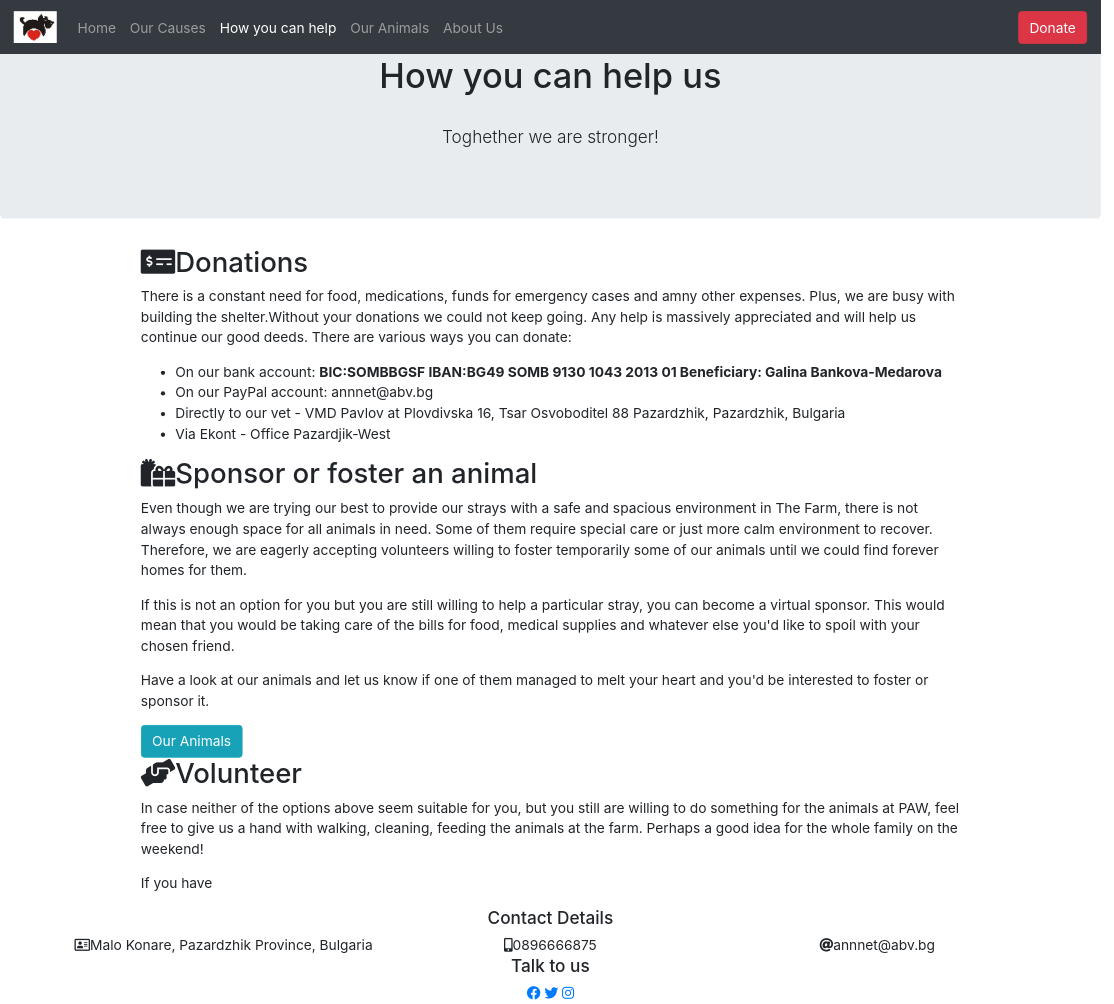
Repository: Naity17/PAW-first-website
Page: How-you-can-help.html
The author's editor kept a record of every edit. The page is drawn from the files as they stood at one moment, then again after the next edit.
The browser window is 1280 px wide. The page is 1295 px wide, so the pictures cover 1295 px, including what lies to the right of the window. The pictures show the whole page, at 86% of full size.
Some web libraries are served in a nearby version.

Above is the page before.
Console error: TypeError: Cannot read properties of undefined (reading 'fn')

### How-you-can-help.html
<!DOCTYPE html>
<html lang="en">

<head>
    <meta charset="UTF-8">
    <meta name="viewport" content="width=device-width, initial-scale=1.0">
    <meta http-equiv="X-UA-Compatible" content="ie=edge">
    <link rel="stylesheet" href="https://stackpath.bootstrapcdn.com/bootstrap/4.3.1/css/bootstrap.min.css" integrity="sha384-ggOyR0iXCbMQv3Xipma34MD+dH/1fQ784/j6cY/iJTQUOhcWr7x9JvoRxT2MZw1T" crossorigin="anonymous">
    <link rel="stylesheet" href="https://use.fontawesome.com/releases/v5.9.0/css/all.css" integrity="sha384-i1LQnF23gykqWXg6jxC2ZbCbUMxyw5gLZY6UiUS98LYV5unm8GWmfkIS6jqJfb4E" crossorigin="anonymous">
    <script src="https://stackpath.bootstrapcdn.com/bootstrap/4.3.1/js/bootstrap.min.js" integrity="sha384-JjSmVgyd0p3pXB1rRibZUAYoIIy6OrQ6VrjIEaFf/nJGzIxFDsf4x0xIM+B07jRM" crossorigin="anonymous"></script>
    <link rel="stylesheet" href="assets/css/style.css" type="text/css" />
    <title>PAW - Pazardjik Animal Welfare</title>
</head>

<body>
    <header>
        <!-- ---------------NavBar-------------- -->
        <nav class="navbar navbar-expand-md navbar-dark fixed-top bg-dark">
            <a class="navbar-brand" href="index.html">
                <img src="assets/images/general/logo.jpg">
            </a>
            <button class="navbar-toggler collapsed" type="button" data-toggle="collapse" data-target="#navbarCollapse" aria-controls="navbarCollapse" aria-expanded="false" aria-label="Toggle navigation">
              <span class="navbar-toggler-icon"></span>
            </button>
            <div class="navbar-collapse collapse" id="navbarCollapse" style="">
                <ul class="navbar-nav mr-auto">
                    <li class="nav-item">
                        <a class="nav-link" href="#">Home</a>
                    </li>
                    <li class="nav-item">
                        <a class="nav-link" href="#">Our Causes</a>
                    </li>
                    <li class="nav-item active">
                        <a class="nav-link" href="#">How you can help<span class="sr-only">(current)</span></a>
                    </li>
                    <li class="nav-item">
                        <a class="nav-link" href="#">Our Animals</a>
                    </li>
                    <li class="nav-item">
                        <a class="nav-link" href="#">About Us</a>
                    </li>
                </ul>
                <button class="btn btn-danger navbar-btn">Donate</button>
            </div>
        </nav>
        <!-- ---------------End of NavBar-------------- -->
    </header>

    <!-- ---------------Jumbotron-------------- -->
    <section id="how-you-can-help">
        <main role="main">
            <section>
                <div class="jumbotron text-center">
                    <div class="contaier-fluid">
                        <h1 class="uppercase">How you can help us</h1>
                        <br>
                        <p class="lead">Toghether we are stronger!</p>
                    </div>
                </div>
            </section>
            <!-- ---------------End of Jumbotron-------------- -->

            <!-- --------------Who are we-------------- -->
            <section id="donations">
                <div class="row">
                    <div class="col"></div>
                    <div class="col-9">
                        <h2><i class="fas fa-money-check-alt"></i>Donations</h2>
                        <p>There is a constant need for food, medications, funds for emergency cases and amny other expenses. Plus, we are busy with building the shelter.Without your donations we could not keep going. Any help is massively appreciated and will help us continue our good deeds. There are various ways you can donate:</p>
                        <ul>
                            <li>On our bank account: <strong>BIC:SOMBBGSF IBAN:BG49 SOMB 9130 1043 2013 01 Beneficiary: Galina Bankova-Medarova</strong></li>
                            <li>On our PayPal account: annnet@abv.bg</li>
                            <li>Directly to our vet - VMD Pavlov at Plovdivska 16, Tsar Osvoboditel 88 Pazardzhik, Pazardzhik, Bulgaria</li>
                            <li>Via Ekont - Office Pazardjik-West</li>
                        </ul>
                    </div>
                    <div class="col"></div>
                </div>
            </section>
            <section id="neuter-cause">
                <div class="row">
                    <div class="col"></div>
                    <div class="col-9">
                        <h2><i class="fas fa-gifts"></i>Sponsor or foster an animal</h2>
                        <p>Even though we are trying our best to provide our strays with a safe and spacious environment in The Farm, there is not always enough space for all animals in need. Some of them require special care or just more calm environment to recover. Therefore, we are eagerly accepting volunteers willing to foster temporarily some of our animals until we could find forever homes for them.</p>
                        <p>If this is not an option for you but you are still willing to help a particular stray, you can become a virtual sponsor. This would mean that you would be taking care of the bills for food, medical supplies and whatever else you'd like to spoil with your chosen friend.</p>
                        <p>Have a look at our animals and let us know if one of them managed to melt your heart and you'd be interested to foster or sponsor it.</p>
                        <a href="Our-Animals.html" class="btn btn-info" role="button">Our Animals</a>
                    </div>
                    <div class="col"></div>
                </div>
            </section>
            <section id="volunteer">
                <div class="row">
                    <div class="col"></div>
                    <div class="col-9">
                        <h2><i class="fas fa-hands-helping"></i>Volunteer</h2>
                        <p>In case neither of the options above seem suitable for you, but you still are willing to do something for the animals at PAW, feel free to give us a hand with walking, cleaning, feeding the animals at the farm. Perhaps a good idea for the whole family on the weekend!</p>

                        <p>If you have </p>
                    </div>
                    <div class="col"></div>
                </div>
            </section>
        </main>
    </section>
    <footer class="container text-center footer-details">
        <div class="row">
            <div class="col-12">
                <h5>Contact Details</h5>
            </div>
        </div>
        <div id="contact-details-items" class="row ">
            <div class="col-4 address-item">
                <i class="far fa-address-card"></i>Malo Konare, Pazardzhik Province, Bulgaria
            </div>
            <div class="col-4 phone-number-item">
                <i class="fas fa-mobile-alt"></i>0896666875
            </div>
            <div class="col-4 email-item">
                <i class="fas fa-at"></i>annnet@abv.bg
            </div>
        </div>
        <div class="row" id="social-details">
            <div class="col-xs-12 col-sm-12 icons">
                <h5 class="uppercase general-sub">Talk to us</h5>
                <a href="https://www.facebook.com/PAW-Pazardjik-Animal-Welfare-134643483313391/" target="_blank"><i class="fab fa-facebook alignment"></i></a>
                <a href="https://twitter.com/ralito17?lang=en" target="_blank"><i class="fab fa-twitter alignment"></i></a>
                <a href="https://www.instagram.com/?hl=en" target="_blank"><i class="fab fa-instagram alignment"></i></a>
            </div>
        </div>
    </footer>
    <script src="https://code.jquery.com/jquery-3.3.1.slim.min.js" integrity="sha384-q8i/X+965DzO0rT7abK41JStQIAqVgRVzpbzo5smXKp4YfRvH+8abtTE1Pi6jizo" crossorigin="anonymous"></script>
    <script src="https://cdnjs.cloudflare.com/ajax/libs/popper.js/1.14.7/umd/popper.min.js" integrity="sha384-UO2eT0CpHqdSJQ6hJty5KVphtPhzWj9WO1clHTMGa3JDZwrnQq4sF86dIHNDz0W1" crossorigin="anonymous"></script>
    <script src="https://stackpath.bootstrapcdn.com/bootstrap/4.3.1/js/bootstrap.min.js" integrity="sha384-JjSmVgyd0p3pXB1rRibZUAYoIIy6OrQ6VrjIEaFf/nJGzIxFDsf4x0xIM+B07jRM" crossorigin="anonymous"></script>
</body>

</html>

Loaded but not shown: assets/css/style.css (no copy from this time; the picture is the same without it)

After the next edit:
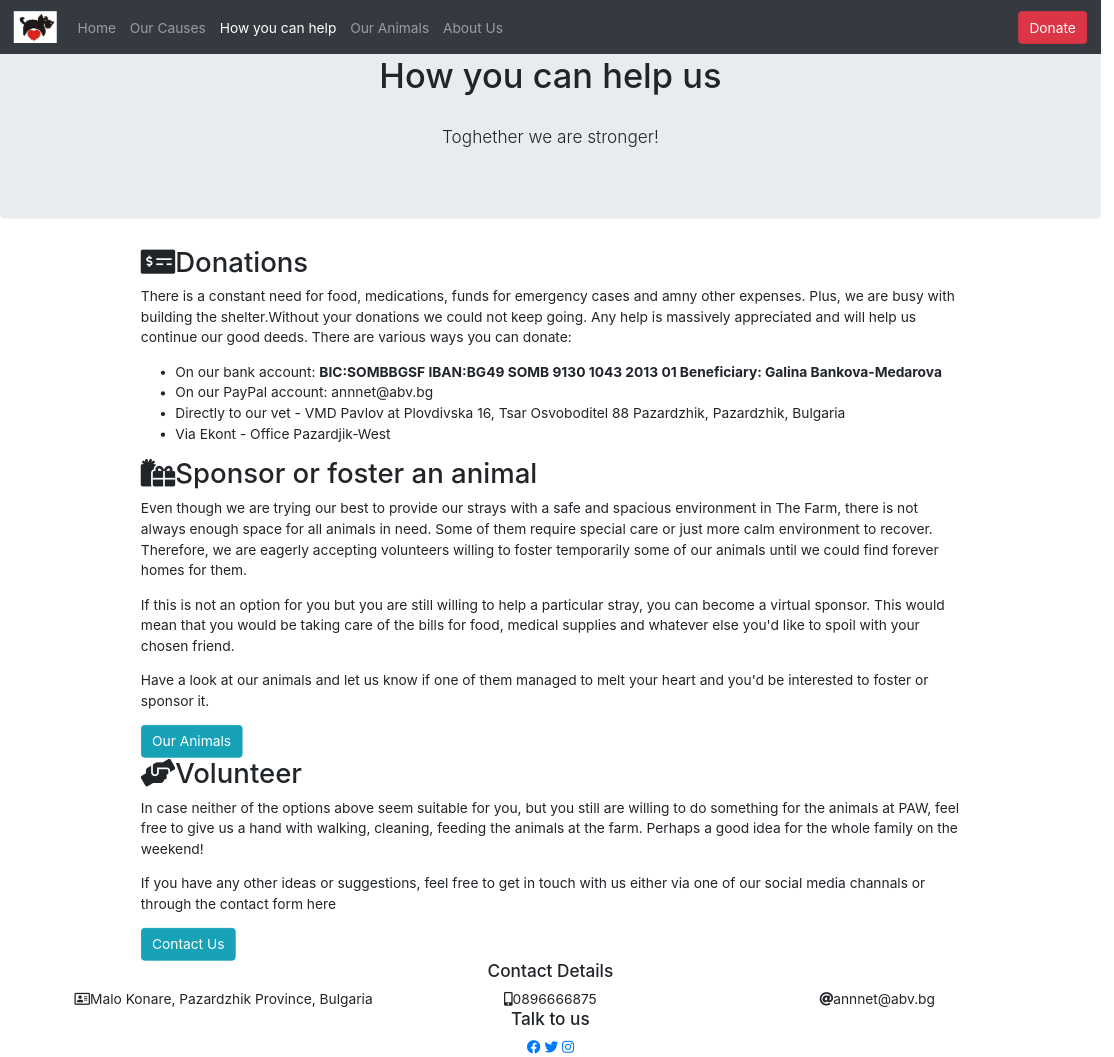
The edit:
--- a/How-you-can-help.html
+++ b/How-you-can-help.html
@@ -97,7 +97,9 @@
                         <h2><i class="fas fa-hands-helping"></i>Volunteer</h2>
                         <p>In case neither of the options above seem suitable for you, but you still are willing to do something for the animals at PAW, feel free to give us a hand with walking, cleaning, feeding the animals at the farm. Perhaps a good idea for the whole family on the weekend!</p>
 
-                        <p>If you have </p>
+                        <p>If you have any other ideas or suggestions, feel free to get in touch with us either via one of our social media channals or through the contact form here</p>
+
+                        <a href="About-Us.html#contact-form" class="btn btn-info" role="button">Contact Us</a>
                     </div>
                     <div class="col"></div>
                 </div>
